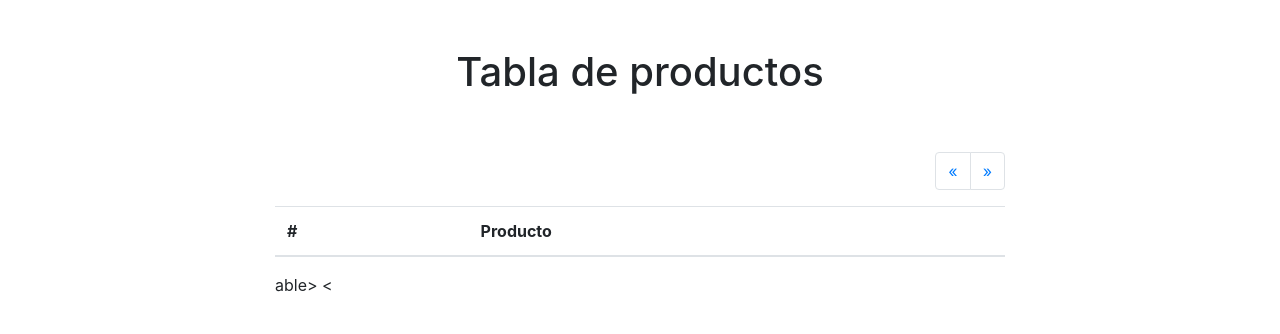
Repository: pedro-donoso/tabla-paginada
Page: index.html
The author's editor kept a copy of each file at every save. The page is drawn from the files as they stood at one save, then again after a run of saves.
The browser window is 1280 px wide. The pictures show the whole page.

Above is the page before, as saved 2024-02-06 16:46:55.

### index.html
<!doctype html>
<html lang="es">

<head>
    <!-- Required meta tags -->
    <meta charset="utf-8">
    <meta name="viewport" content="width=device-width, initial-scale=1, shrink-to-fit=no">

    <!-- Bootstrap CSS -->
    <link rel="stylesheet" href="https://cdn.jsdelivr.net/npm/bootstrap@4.3.1/dist/css/bootstrap.min.css"
        integrity="sha384-ggOyR0iXCbMQv3Xipma34MD+dH/1fQ784/j6cY/iJTQUOhcWr7x9JvoRxT2MZw1T" crossorigin="anonymous">

    <title>Tabla paginada</title>
</head>

<body>
    <div class="container">
        <div class="row my-5">
            <div class="col text-center">
                <h1>Tabla de productos</h1>
            </div>
        </div>
        <div class="row">
            <div class="col-8 offset-2">
                <div class="d-flex justify-content-end">
                    <nav aria-label="Page navigation example">
                        <ul class="pagination">
                            <li class="page-item">
                                <button class="page-link">
                                    <span aria-hidden="true">&laquo;</span>
                                </button>
                            </li>
                            <div class="items" class="d-flex"></div>
                            <li class="page-item">
                                <button class="page-link">
                                    <span aria-hidden="true">&raquo;</span>
                                </button>
                            </li>
                        </ul>
                    </nav>
                </div>

                <table class="table table-striped">
                    <thead>
                        <tr>
                            <th scope="col">#</th>
                            <th scope="col">Producto</th>
                        </tr>
                    </thead>

                </table id="cuerpo-tabla">

                </tbody>able>
                <

            </div>
        </div>
    </div>


    <!-- Optional JavaScript -->
    <!-- jQuery first, then Popper.js, then Bootstrap JS -->
    <script src="https://code.jquery.com/jquery-3.3.1.slim.min.js"
        integrity="sha384-q8i/X+965DzO0rT7abK41JStQIAqVgRVzpbzo5smXKp4YfRvH+8abtTE1Pi6jizo"
        crossorigin="anonymous"></script>
    <script src="https://cdn.jsdelivr.net/npm/popper.js@1.14.7/dist/umd/popper.min.js"
        integrity="sha384-UO2eT0CpHqdSJQ6hJty5KVphtPhzWj9WO1clHTMGa3JDZwrnQq4sF86dIHNDz0W1"
        crossorigin="anonymous"></script>
    <script src="https://cdn.jsdelivr.net/npm/bootstrap@4.3.1/dist/js/bootstrap.min.js"
        integrity="sha384-JjSmVgyd0p3pXB1rRibZUAYoIIy6OrQ6VrjIEaFf/nJGzIxFDsf4x0xIM+B07jRM"
        crossorigin="anonymous"></script>
</body>

</html>

After the next 2 saves:
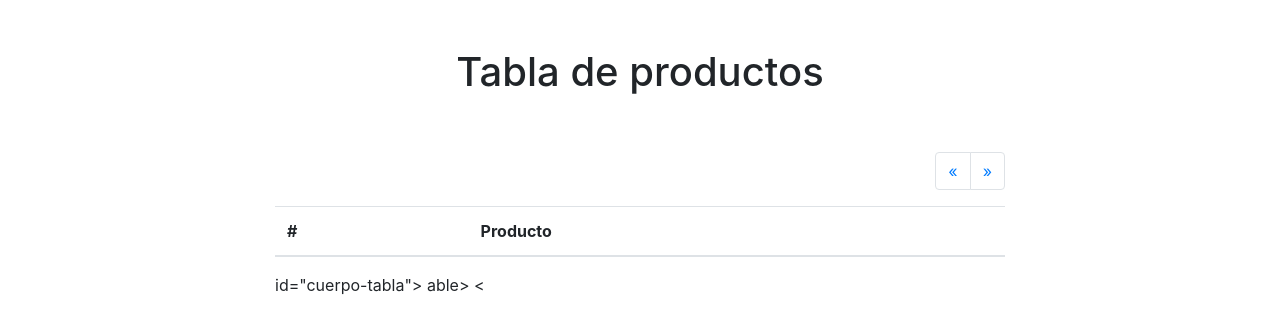
The 2 saves are shown as one change because they came seconds apart.
The last was saved 28 s later.
--- a/index.html
+++ b/index.html
@@ -48,7 +48,9 @@
                         </tr>
                     </thead>
 
-                </table id="cuerpo-tabla">
+                </table>
+
+                id="cuerpo-tabla">
 
                 </tbody>able>
                 <

After the save that followed:
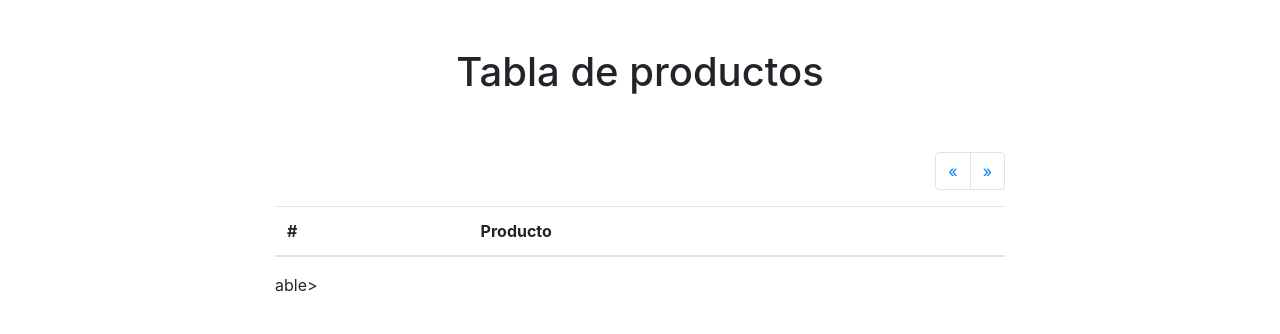
Saved 8 s later.
--- a/index.html
+++ b/index.html
@@ -50,10 +50,10 @@
 
                 </table>
 
-                id="cuerpo-tabla">
+
 
                 </tbody>able>
-                <
+                <id="cuerpo-tabla">
 
             </div>
         </div>
